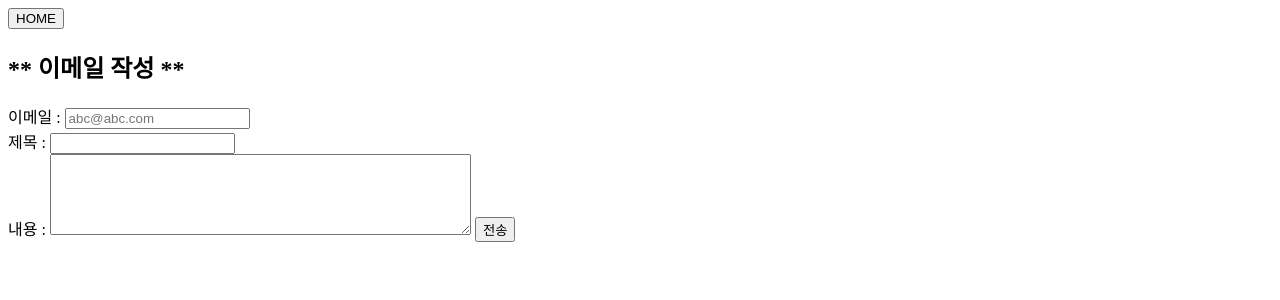
Repository: offbr/Spring
Page: http://localhost/spring_mvc23_mail/send
The author's editor kept a copy of each file at every save. The page is drawn from the files as they stood at one save, then again after the next save.
The browser window is 1280 px wide. The pictures show the whole page.
The page is served by Tomcat 9.

Above is the page before, as saved 2016-10-18 02:37:10.

After the next save:
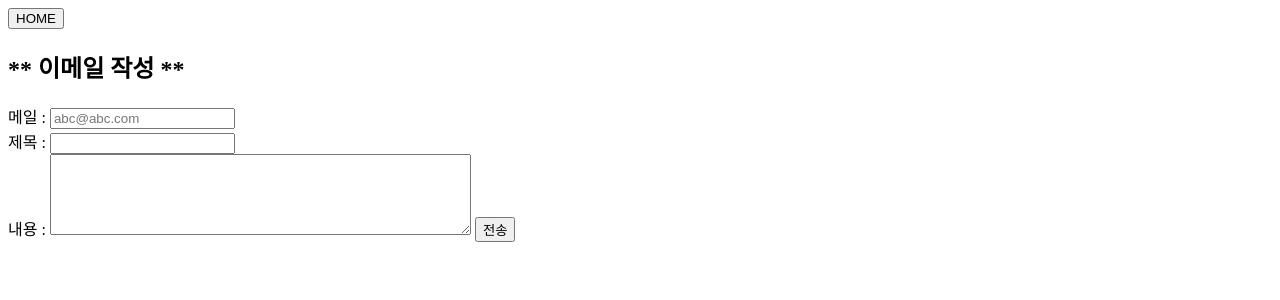
Saved 24 s later.
--- a/spring_mvc23_mail/src/main/webapp/WEB-INF/view/mailform.jsp
+++ b/spring_mvc23_mail/src/main/webapp/WEB-INF/view/mailform.jsp
@@ -10,7 +10,7 @@
 <a href="index.jsp"><button>HOME</button></a>
 <h2>** 이메일 작성 **</h2>
 <form action="send" method="post">
-이메일 : <input type="email" name="receiver" placeholder="abc@abc.com"><br>
+메일 : <input type="email" name="receiver" placeholder="abc@abc.com"><br>
 제목 : <input type="text" name="subject"><br>
 내용 : <textarea rows="5" cols="50" name="content"></textarea>
 <input type="submit" value="전송">
